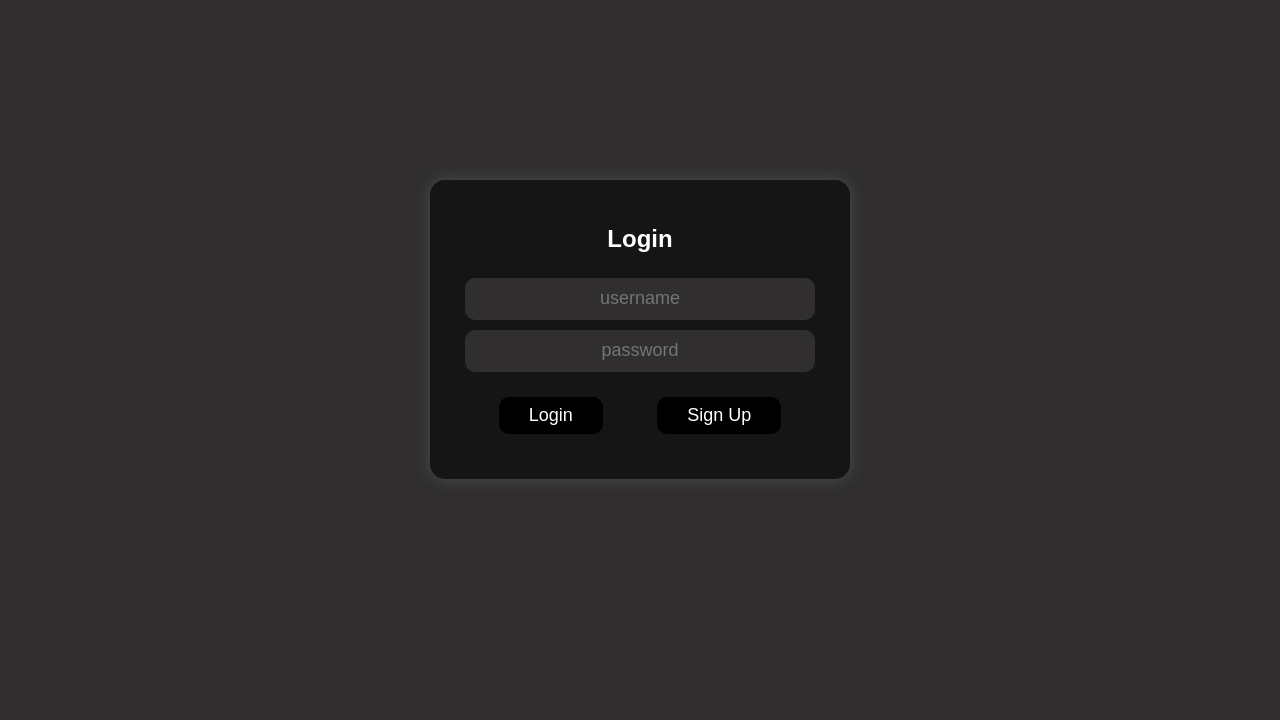
Repository: JohnRudolph1/Movie-Blog
Page: html/login.html
These files come from the project's save history. The page is drawn as it stood at one moment and after the next save; the edit follows.
The browser window is 1280 px wide. The pictures show the whole page.

Above is the page before, as saved 2022-01-03 11:51:36.

After the next save:
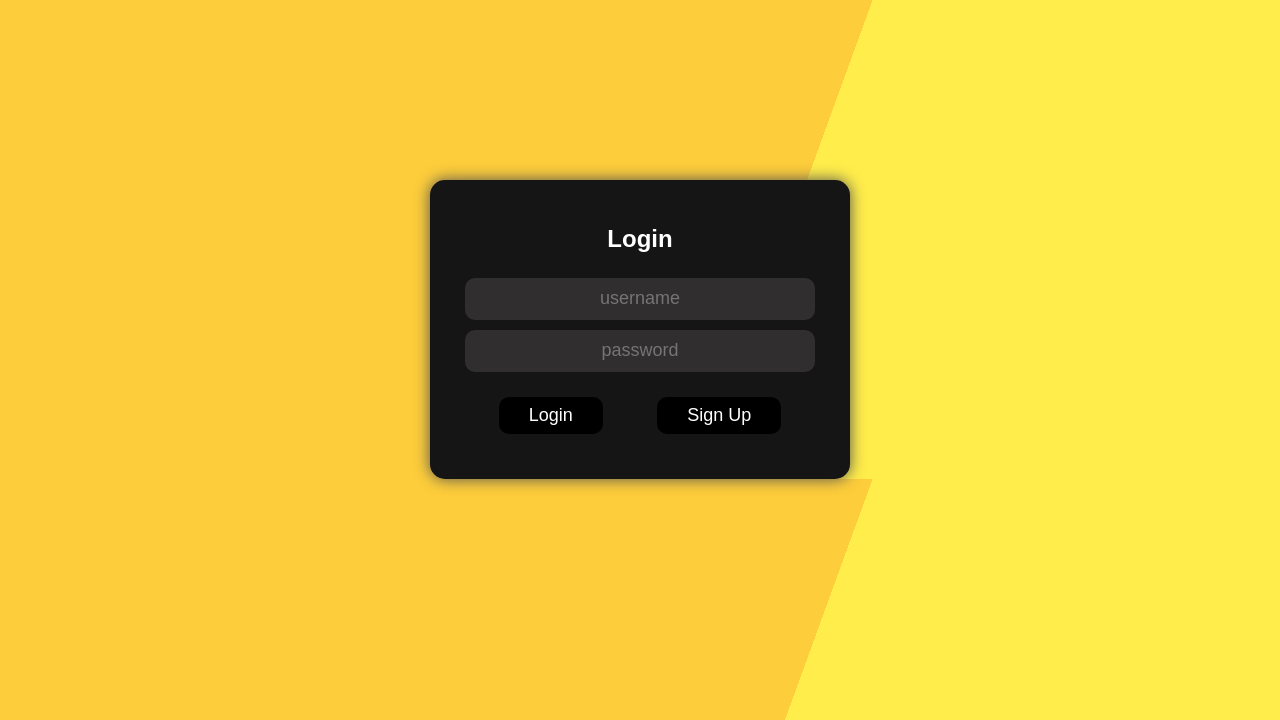
Saved 37 s later.
--- a/html/login.html
+++ b/html/login.html
@@ -7,7 +7,53 @@
     <link rel="stylesheet" href="../css/login.css">
 
     <title>Login Form</title>
+    <style>
+        body,
+        h1,
+        h2,
+        h3,
+        h4,
+        h5 {
+            font-family: "Raleway", sans-serif
+        }
 
+        body {
+            margin: 0;
+            overflow-x: hidden;
+            background: linear-gradient(110deg, #fdcd3b 60%, #ffed4b 60%);
+        }
+
+        html {
+            background: linear-gradient(110deg, #fdcd3b 60%, #ffed4b 60%);
+        }
+
+        li {
+            list-style: none;
+        }
+
+        .title {
+            font-weight: bold;
+            cursor: default;
+        }
+
+        .topnav {
+            overflow: hidden;
+            background-color: #333;
+            font-family: "Oswald", sans-serif;
+        }
+
+        .topnav a {
+            float: left;
+            display: block;
+            color: #f2f2f2;
+            text-align: center;
+            padding: 14px 16px;
+            margin: 0 1%;
+            text-decoration: none;
+            font-size: 17px;
+            transition: 0.5s;
+        }
+    </style>
 </head>
 <body>
 
